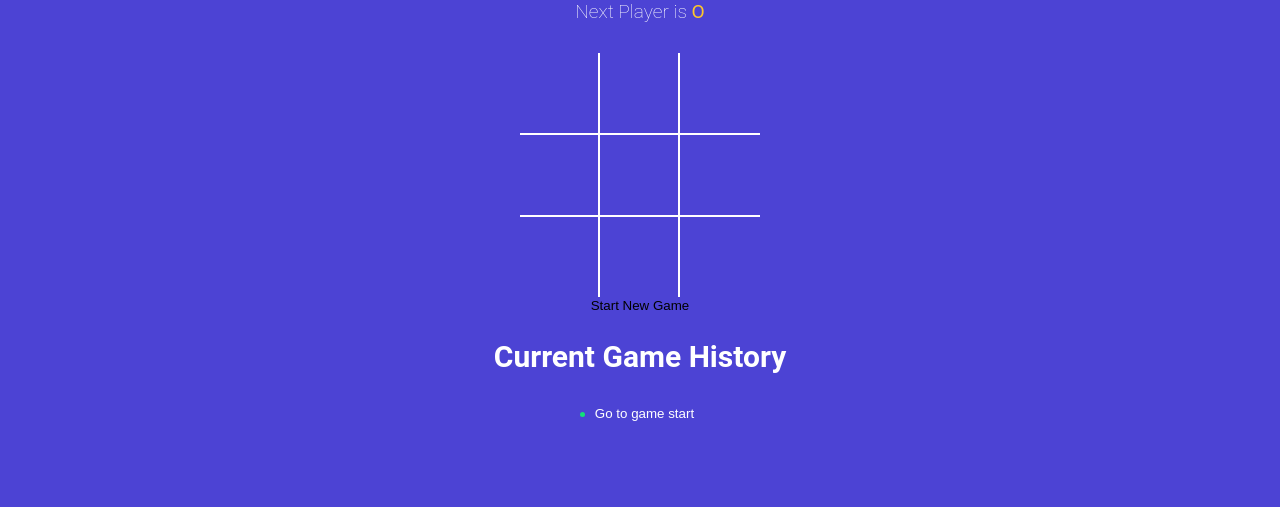
Repository: NoobAjay/tictactoe-game
Page: /
The author's editor kept a copy of each file at every save. The page is drawn from the files as they stood at one save, then again after the next save.
The browser window is 1280 px wide. The pictures show the whole page.
The project was rebuilt for these pictures with package versions that can differ from the ones it lists, and the page was loaded fresh each time. Also part of the build but not shown: vite.config.js.

Above is the page before, as saved 2023-03-22 14:20:09.

After the next save:
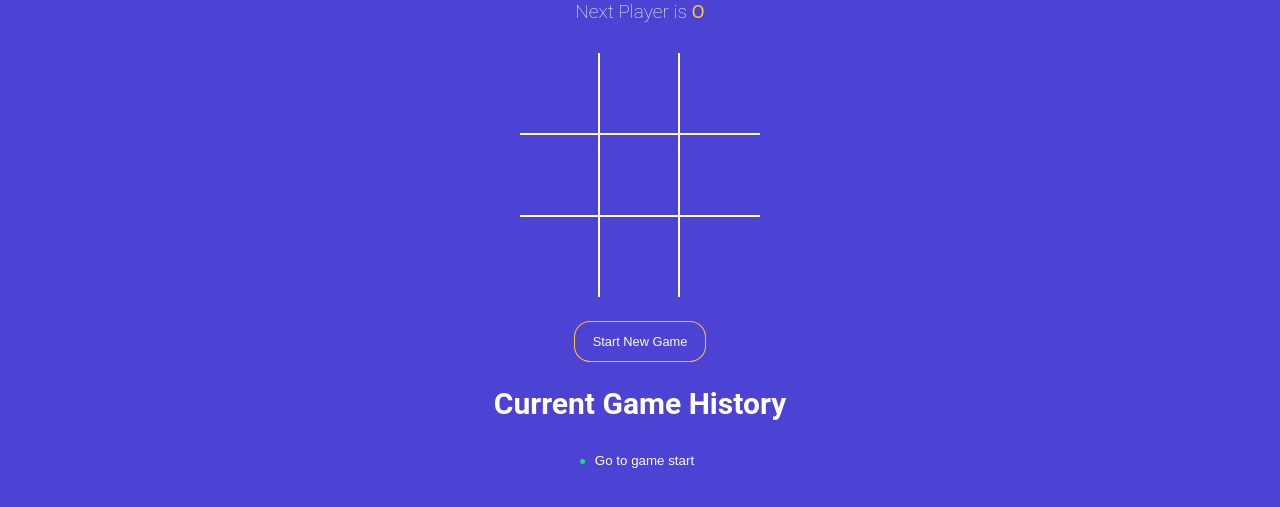
Saved 3 min 39 s later.
--- a/src/App.jsx
+++ b/src/App.jsx
@@ -64,7 +64,11 @@ function App() {
         squares={gamingBoard.squares}
         handleSquareClick={handleSquareClick}
       />
-      <button type="button" onClick={onNewGameStart}>
+      <button
+        type="button"
+        onClick={onNewGameStart}
+        className={`btn-reset ${winner ? 'active' : ''} `}
+      >
         Start New Game
       </button>
       <h2>Current Game History</h2>
